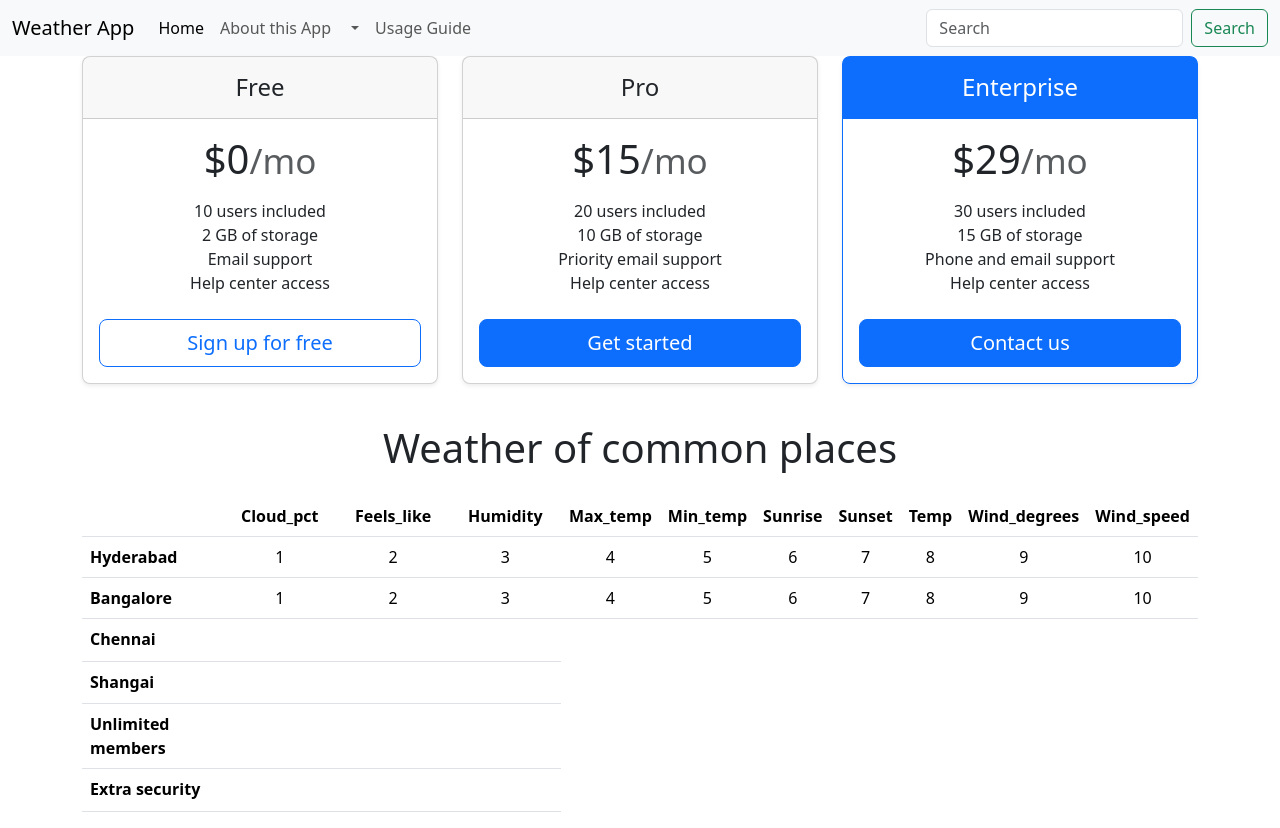
Repository: Abhilash2909/weather
Page: index.html
These files come from the project's save history. The page is drawn as it stood at one moment and after the next save; the edit follows.
The browser window is 1280 px wide. The pictures show the whole page.
The page's requests for data from a server got no answer.

Above is the page before, as saved 2024-02-11 10:43:42.

### index.html
<!doctype html>
<html lang="en">
  <head>
    <meta charset="utf-8">
    <meta name="viewport" content="width=device-width, initial-scale=1">
    <title>My Weather App</title>
    <link href="https://cdn.jsdelivr.net/npm/bootstrap@5.3.2/dist/css/bootstrap.min.css" rel="stylesheet" integrity="sha384-T3c6CoIi6uLrA9TneNEoa7RxnatzjcDSCmG1MXxSR1GAsXEV/Dwwykc2MPK8M2HN" crossorigin="anonymous">
  </head>
  <body>
    <nav class="navbar navbar-expand-lg bg-body-tertiary">
        <div class="container-fluid">
          <a class="navbar-brand" href="#">Weather App</a>
          <button class="navbar-toggler" type="button" data-bs-toggle="collapse" data-bs-target="#navbarSupportedContent" aria-controls="navbarSupportedContent" aria-expanded="false" aria-label="Toggle navigation">
            <span class="navbar-toggler-icon"></span>
          </button>
          <div class="collapse navbar-collapse" id="navbarSupportedContent">
            <ul class="navbar-nav me-auto mb-2 mb-lg-0">
              <li class="nav-item">
                <a class="nav-link active" aria-current="page" href="#">Home</a>
              </li>
              <li class="nav-item">
                <a class="nav-link" href="#">About this App</a>
              </li>
              <li class="nav-item dropdown">
                <a class="nav-link dropdown-toggle" href="#" role="button" data-bs-toggle="dropdown" aria-expanded="false">
                </a>
                <ul class="dropdown-menu">
                  <li><a class="dropdown-item" href="#">Delhi</a></li>
                  <li><a class="dropdown-item" href="#">Seattle</a></li>
                  <li><hr class="dropdown-divider"></li>
                  <li><a class="dropdown-item" href="#">Bangalore</a></li>
                </ul>
              </li>
              <li class="nav-item">
                <a class="nav-link" aria-disabled="true">Usage Guide</a>
              </li>
            </ul>
            <form class="d-flex" role="search">
              <input class="form-control me-2" type="search" placeholder="Search" aria-label="Search">
              <button class="btn btn-outline-success" type="submit">Search</button>
            </form>
          </div>
        </div>
      </nav>

      <div class="container"><main>
        <div class="row row-cols-1 row-cols-md-3 mb-3 text-center">
          <div class="col">
            <div class="card mb-4 rounded-3 shadow-sm">
              <div class="card-header py-3">
                <h4 class="my-0 fw-normal">Free</h4>
              </div>
              <div class="card-body">
                <h1 class="card-title pricing-card-title">$0<small class="text-body-secondary fw-light">/mo</small></h1>
                <ul class="list-unstyled mt-3 mb-4">
                  <li>10 users included</li>
                  <li>2 GB of storage</li>
                  <li>Email support</li>
                  <li>Help center access</li>
                </ul>
                <button type="button" class="w-100 btn btn-lg btn-outline-primary">Sign up for free</button>
              </div>
            </div>
          </div>
          <div class="col">
            <div class="card mb-4 rounded-3 shadow-sm">
              <div class="card-header py-3">
                <h4 class="my-0 fw-normal">Pro</h4>
              </div>
              <div class="card-body">
                <h1 class="card-title pricing-card-title">$15<small class="text-body-secondary fw-light">/mo</small></h1>
                <ul class="list-unstyled mt-3 mb-4">
                  <li>20 users included</li>
                  <li>10 GB of storage</li>
                  <li>Priority email support</li>
                  <li>Help center access</li>
                </ul>
                <button type="button" class="w-100 btn btn-lg btn-primary">Get started</button>
              </div>
            </div>
          </div>
          <div class="col">
            <div class="card mb-4 rounded-3 shadow-sm border-primary">
              <div class="card-header py-3 text-bg-primary border-primary">
                <h4 class="my-0 fw-normal">Enterprise</h4>
              </div>
              <div class="card-body">
                <h1 class="card-title pricing-card-title">$29<small class="text-body-secondary fw-light">/mo</small></h1>
                <ul class="list-unstyled mt-3 mb-4">
                  <li>30 users included</li>
                  <li>15 GB of storage</li>
                  <li>Phone and email support</li>
                  <li>Help center access</li>
                </ul>
                <button type="button" class="w-100 btn btn-lg btn-primary">Contact us</button>
              </div>
            </div>
          </div>
        </div>

        <h2 class="display-6 text-center mb-4">Weather of common places</h2>

        <div class="table-responsive">
          <table class="table text-center">
            <thead>
              <tr>
                <th style="width: 34%;">   </th>
                <th style="width: 22%;"> Cloud_pct </th>
                <th style="width: 22%;"> Feels_like </th>
                <th style="width: 22%;"> Humidity </th>
                <th style="width: 22%;"> Max_temp </th>
                <th style="width: 22%;"> Min_temp </th>
                <th style="width: 22%;"> Sunrise </th>
                <th style="width: 22%;"> Sunset </th>
                <th style="width: 22%;"> Temp </th>
                <th style="width: 22%;"> Wind_degrees </th>
                <th style="width: 22%;"> Wind_speed </th>
              </tr>
            </thead>
            <tbody>
              <tr>
                <th scope="row" class="text-start">Hyderabad</th>
                <td>1</td>
                <td>2</td>
                <td>3</td>
                <td>4</td>
                <td>5</td>
                <td>6</td>
                <td>7</td>
                <td>8</td>
                <td>9</td>
                <td>10</td>
              </tr>
              <tr>
                <th scope="row" class="text-start">Bangalore</th>
                <td>1</td>
                <td>2</td>
                <td>3</td>
                <td>4</td>
                <td>5</td>
                <td>6</td>
                <td>7</td>
                <td>8</td>
                <td>9</td>
                <td>10</td>
              </tr>
            </tbody>

            <tbody>
              <tr>
                <th scope="row" class="text-start">Chennai</th>
                <td><svg class="bi" width="24" height="24"><use xlink:href="#check"></use></svg></td>
                <td><svg class="bi" width="24" height="24"><use xlink:href="#check"></use></svg></td>
                <td><svg class="bi" width="24" height="24"><use xlink:href="#check"></use></svg></td>
              </tr>
              <tr>
                <th scope="row" class="text-start">Shangai</th>
                <td></td>
                <td><svg class="bi" width="24" height="24"><use xlink:href="#check"></use></svg></td>
                <td><svg class="bi" width="24" height="24"><use xlink:href="#check"></use></svg></td>
              </tr>
              <tr>
                <th scope="row" class="text-start">Unlimited members</th>
                <td></td>
                <td><svg class="bi" width="24" height="24"><use xlink:href="#check"></use></svg></td>
                <td><svg class="bi" width="24" height="24"><use xlink:href="#check"></use></svg></td>
              </tr>
              <tr>
                <th scope="row" class="text-start">Extra security</th>
                <td></td>
                <td></td>
                <td><svg class="bi" width="24" height="24"><use xlink:href="#check"></use></svg></td>
              </tr>
            </tbody>
          </table>
        </div>
      </main></div>
    <script src="https://cdn.jsdelivr.net/npm/bootstrap@5.3.2/dist/js/bootstrap.bundle.min.js" integrity="sha384-C6RzsynM9kWDrMNeT87bh95OGNyZPhcTNXj1NW7RuBCsyN/o0jlpcV8Qyq46cDfL" crossorigin="anonymous"></script>
    <script src="script.js"></script>
</body>
</html>

### script.js
// const options = {
// method: 'GET',
// headers: {
//         'X-RapidAPI-Key': 'b45e96323fmshf5e4bc50d3b8a90p1e091djsnfb21cde4eb87',
// '       X-RapidAPI-Host': 'weather-by-api-ninjas.p.rapidapi.com'
//     }
// };

// fetch('https://weather-by-api-ninjas.p.rapidapi.com/v1/weather?city=Seattle', options)
//     .then(response => response.json())
//     .then(response => console.log(response))
//     .catch(err => console.error(err));



const options = {
    method: 'GET',
    headers: {
      'X-RapidAPI-Key': 'b45e96323fmshf5e4bc50d3b8a90p1e091djsnfb21cde4eb87',
      'X-RapidAPI-Host': 'weather-by-api-ninjas.p.rapidapi.com'
    }
  };

  fetch('https://weather-by-api-ninjas.p.rapidapi.com/v1/weather?city=Seattle', options)
    .then(response => response.json())
    .then(data => console.log(data))
    .catch(error => console.error(error));

After the next save:
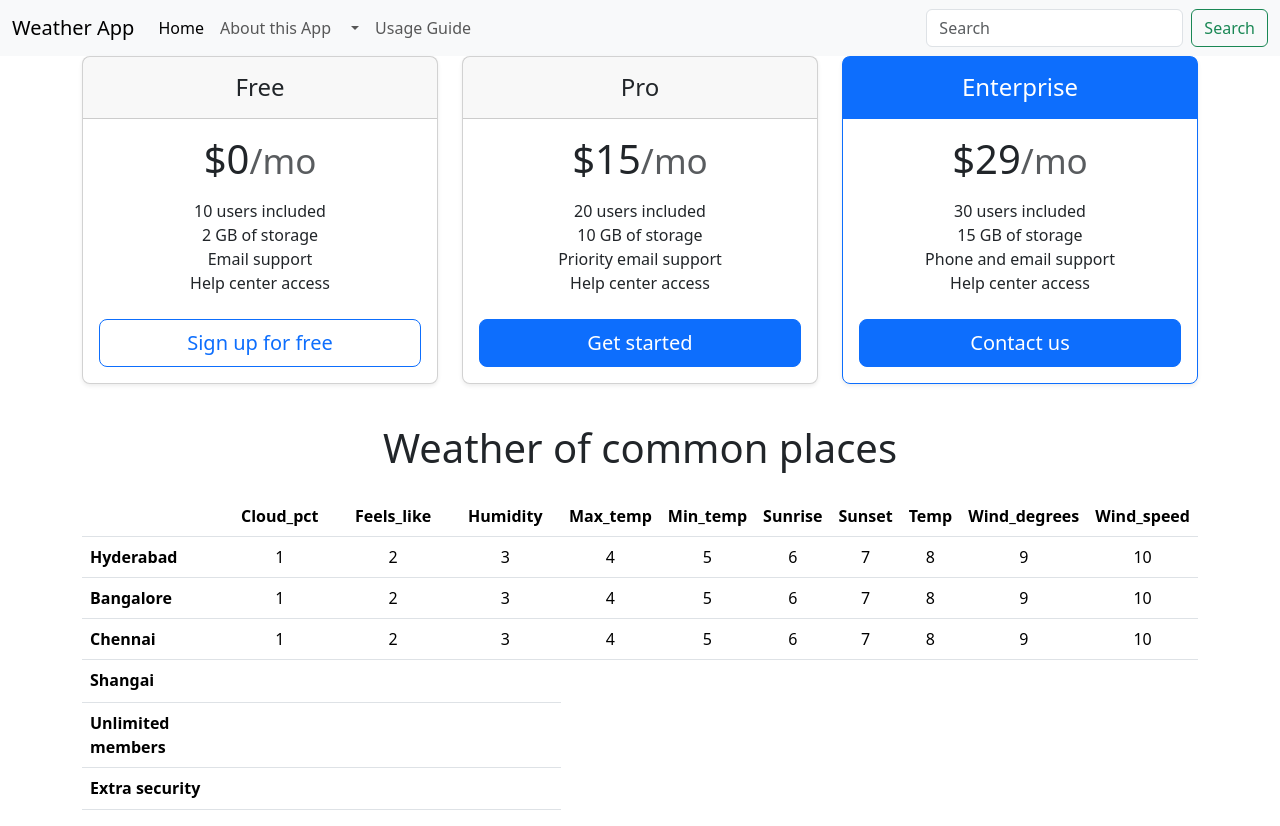
Saved 43 s later.
--- a/index.html
+++ b/index.html
@@ -149,9 +149,16 @@
             <tbody>
               <tr>
                 <th scope="row" class="text-start">Chennai</th>
-                <td><svg class="bi" width="24" height="24"><use xlink:href="#check"></use></svg></td>
-                <td><svg class="bi" width="24" height="24"><use xlink:href="#check"></use></svg></td>
-                <td><svg class="bi" width="24" height="24"><use xlink:href="#check"></use></svg></td>
+                <td>1</td>
+                <td>2</td>
+                <td>3</td>
+                <td>4</td>
+                <td>5</td>
+                <td>6</td>
+                <td>7</td>
+                <td>8</td>
+                <td>9</td>
+                <td>10</td>
               </tr>
               <tr>
                 <th scope="row" class="text-start">Shangai</th>

After the save that followed:
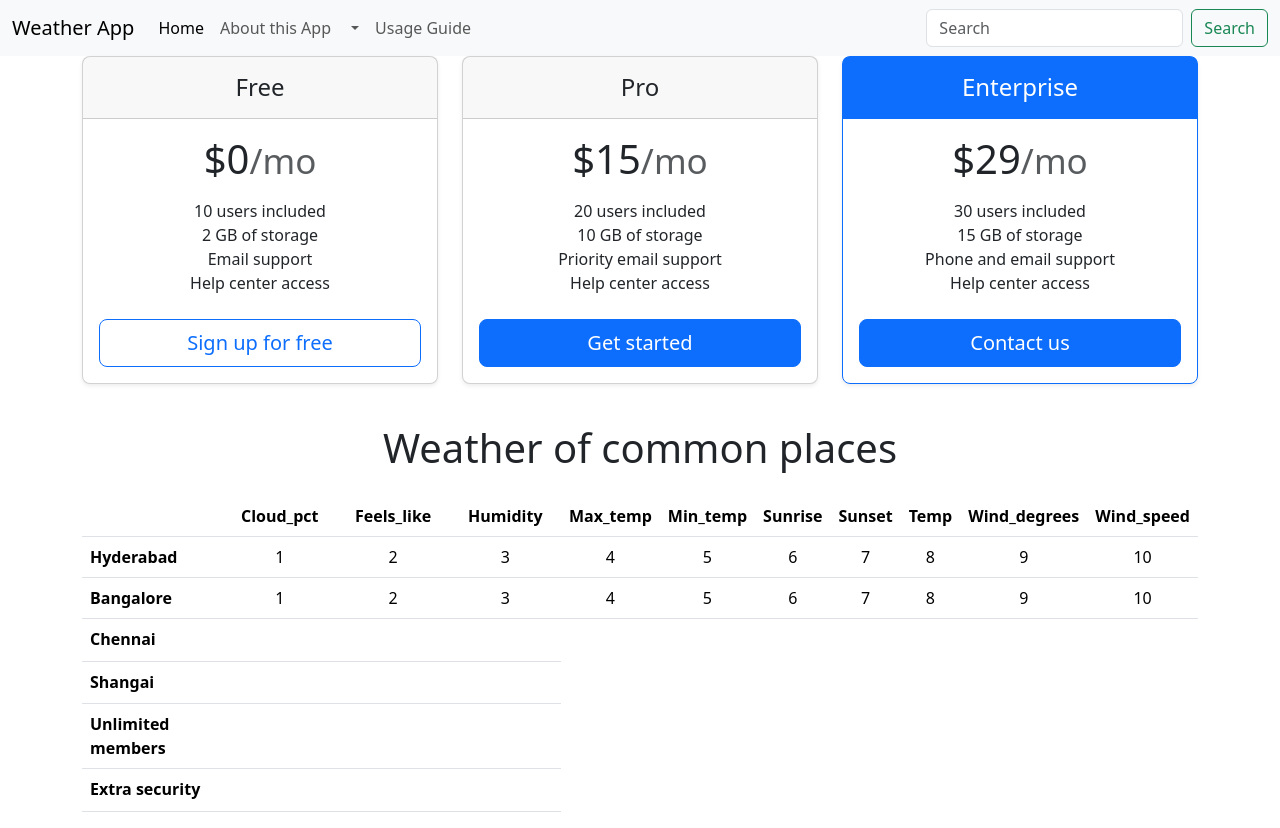
Saved 6 s later.
--- a/index.html
+++ b/index.html
@@ -149,16 +149,9 @@
             <tbody>
               <tr>
                 <th scope="row" class="text-start">Chennai</th>
-                <td>1</td>
-                <td>2</td>
-                <td>3</td>
-                <td>4</td>
-                <td>5</td>
-                <td>6</td>
-                <td>7</td>
-                <td>8</td>
-                <td>9</td>
-                <td>10</td>
+                <td><svg class="bi" width="24" height="24"><use xlink:href="#check"></use></svg></td>
+                <td><svg class="bi" width="24" height="24"><use xlink:href="#check"></use></svg></td>
+                <td><svg class="bi" width="24" height="24"><use xlink:href="#check"></use></svg></td>
               </tr>
               <tr>
                 <th scope="row" class="text-start">Shangai</th>
